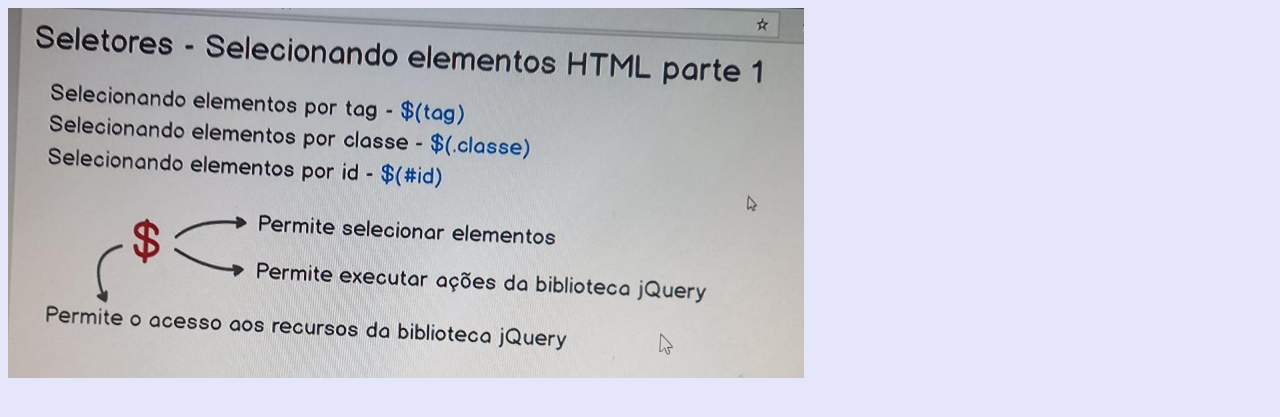
Repository: 2001mariana/jquery
Page: execution-sequence.html
These files come from the project's save history. The page is drawn as it stood at one moment and after a run of saves; the edit follows.
The browser window is 1280 px wide. The pictures show the whole page.

Above is the page before, as saved 2022-07-26 17:54:05.

After the next 2 saves:
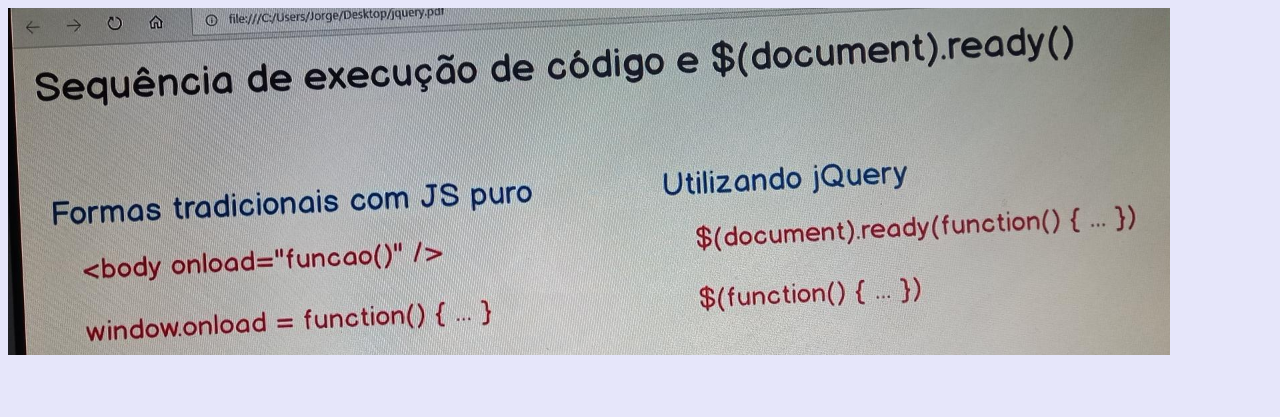
The 2 saves are shown as one change because they came seconds apart.
The last was saved 6 s later.
--- a/execution-sequence.html
+++ b/execution-sequence.html
@@ -11,7 +11,7 @@
 </head>
 <body style="background-color: #E6E6FA;">
     <div>
-        <img src="img/selec-elements-img.PNG" class="diversos2" id="imagem" />
+        <img src="img/sequency-exec.PNG" class="diversos2" id="imagem" />
     </div>
 
 </body>
